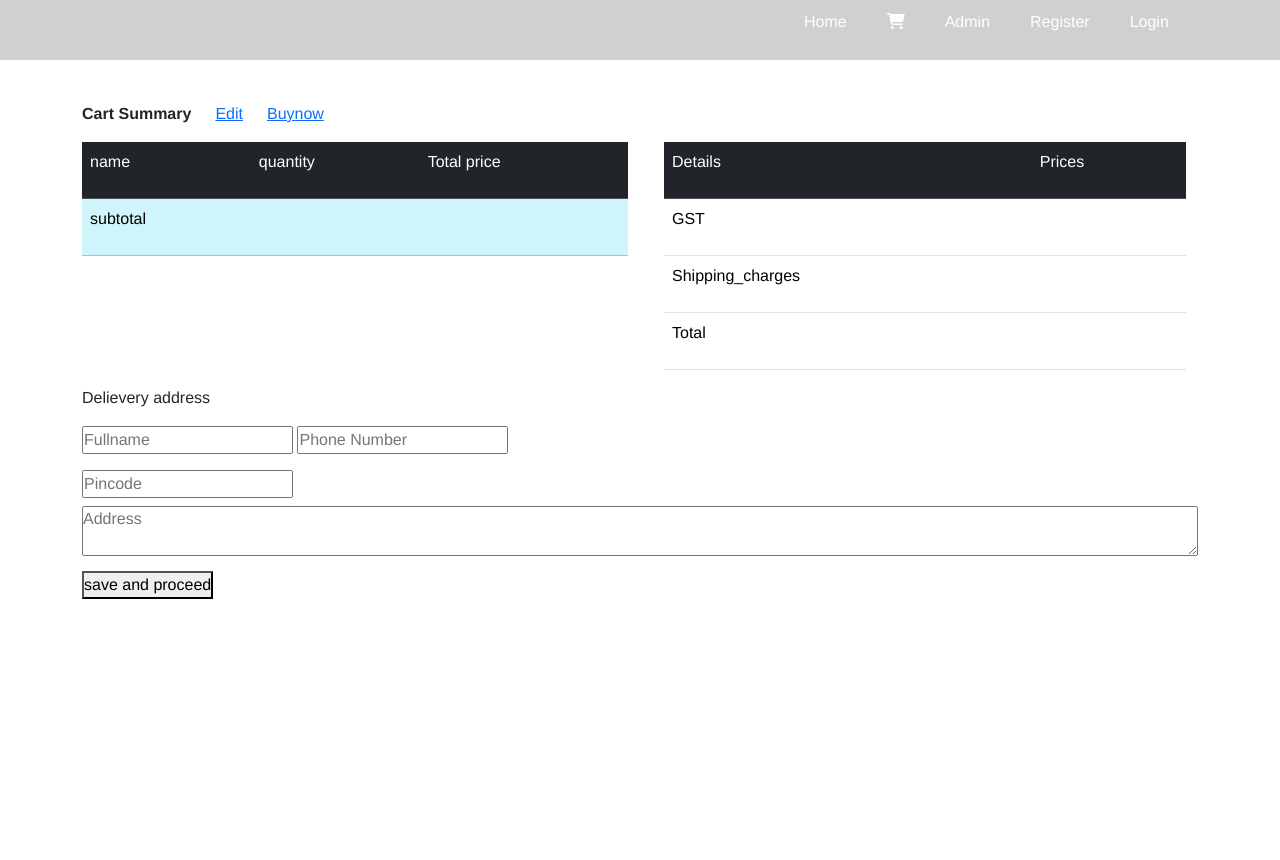
Repository: nagarjunau-dev/Brand
Page: project/login/templates/checkout.html
The author's editor kept a copy of each file at every save. The page is drawn from the files as they stood at one save, then again after a run of saves.
The browser window is 1280 px wide. The pictures show the whole page.
The template is drawn by Django 5.2. The application's start-up code is not run. Other server files are loaded and not shown. The template is opened directly, without the code that normally fills it, so the values that code supplies are empty.

Above is the page before, as saved 2025-06-17 17:10:10.
Console error: TypeError: Cannot set properties of null (setting 'onclick')

### project/login/templates/checkout.html
{% extends "main.html" %}
{% load static %}
{% block content %}
<div class="container" style="height:100vh;margin:70px 0;">
    <div class="row mt-4">
        <div class="col mt-2">
            <div class="d-flex ">
            <p><b>Cart Summary</b></p>
            <a class='px-4'href="{% url "cart" %}">Edit</a>
            <a href="{% url "buynow" %}">Buynow</a>
            </div>
            <table class="table">
                <tr class="table-dark">
                    <td><p>name</p></td>
                    <td><p>quantity</p></td>
                    <td><p>Total price</p></td>
                </tr>
            {% for product in cart_products  %}
                <tr>
                    <td><p>{{product.name}}</p></td>
                    <td><p>{{product.quantity}}</p></td>
                    <td><p>{{product.total_price}}</p></td>
                </tr>
            {% endfor %}
            <tfoot class="table-info">
                <td><p>subtotal</p></td>
                <td><p>{{total_quantity}}</p></td>
                <td><p>{{product_total}}</p></td>
            </tfoot>
            </table>
        </div>
        <div class="col">
            <div class="container-fluid mt-5">
                <table class="table table-responsive ">
                    <tr class="table-dark">
                        <td><p>Details</p></td>
                        <td><p>Prices</p></td>
                    </tr>
                    {% for i in cart_products  %}
                        <tr>
                            <td><p>{{i.gst}}</p></td>
                            <td><p>{{i.total}}</p></td>
                        </tr>
                    {% endfor %}
                        <tr>
                            <td><p>GST</p></td>
                            <td><p>{{gst_amt|floatformat:2}}</p></td>
                        </tr>
                        <tr>
                            <td><p>Shipping_charges</p></td>
                            <td><p>{{shipping_charges}}</p></td>
                        </tr>
                        <tr>
                            <td><p>Total</p></td>
                            <td><p>{{total_price|floatformat:2}}</p></td>
                        </tr>
                </table>
            </div>
        </div>
    </div>
    <div class="col">
            <p>Delievery address</p>
            <form method="POST" class='form'>
                <div class="mb-2" style="width:100%">
                    <input  class="mb-2" type="text" placeholder="Fullname" name="fullname">
                    <input type="tel" pattern="[6-9] {1} [0-9] {9}"placeholder="Phone Number" name="number">
                </div>
                <div class="mb-2">
                    <input  type="pin" placeholder="Pincode" name="pincode">
                </div>
                <div class="mb-2" style="width:100%">
                    <textarea style="width:100%" name="address" placeholder="Address"></textarea>
                </div>
                <div>
                    <button type="submit">save and proceed</button>
                </div>
            </form>
    </div>
</div>
{% endblock content %}

### project/templates/main.html
{% load static %}

<!DOCTYPE html>
<html lang="en">
<head>
    <meta charset="UTF-8">
    <meta name="viewport" content="width=device-width, initial-scale=1.0">
    <title>Login</title>
    {% comment %} <link rel="stylesheet" href="{% static "css/style.css" %}">
    <link rel="stylesheet" href="{% static "css/reg.css" %}">  {% endcomment %}
    <link rel="stylesheet" href="{% static "css/nav.css" %}">
    <link rel="stylesheet" href="https://cdnjs.cloudflare.com/ajax/libs/font-awesome/6.7.2/css/all.min.css" integrity="sha512-Evv84Mr4kqVGRNSgIGL/F/aIDqQb7xQ2vcrdIwxfjThSH8CSR7PBEakCr51Ck+w+/U6swU2Im1vVX0SVk9ABhg==" crossorigin="anonymous" referrerpolicy="no-referrer" />
    <link href="https://cdn.jsdelivr.net/npm/bootstrap@5.3.6/dist/css/bootstrap.min.css" rel="stylesheet" integrity="sha384-4Q6Gf2aSP4eDXB8Miphtr37CMZZQ5oXLH2yaXMJ2w8e2ZtHTl7GptT4jmndRuHDT" crossorigin="anonymous">
    {% block extra_css %}{% endblock extra_css %}
    {% block title %}
    <title>Shopping mart 24/7 -home</title>
    {% endblock title %}
</head>
<body>
    {% include "navbar.html" %}
    {% block content %}

    {% endblock content %}
    <script src="https://cdn.jsdelivr.net/npm/bootstrap@5.3.6/dist/js/bootstrap.min.js"></script>
    <script src="{% static "js/script.js" %}"></script>

</body>
</html>

### project/templates/navbar.html
{% load static %}

<nav>
    <div class="container">
        <ul class="nav-links">
            <li><a href="{% url "home" %}">Home</a></li>
            <li><a href="{% url "cart" %}"><i class="fa-solid fa-cart-shopping"></i><sup>{{count}}</sup></a></li>
            <li><a href="{% url "admin" %}">Admin</a></li>
            {% if request.user.is_authenticated %}
                <li><a id="logout" href="{% url "logout" %}">logout</a></li>
                <li><a id="logout" href="{% url "profile" %}"><i class="fa-solid fa-user" style='class:black'></i></a></li>

            {% else %}
            <li><a  href="{% url "register" %}">Register</a></li>
            <li><a href="{% url "login" %}">Login</a></li>
            {% endif %}
        </ul>
    </div>
</nav>

### project/static/css/nav.css
*{
    margin: 0;
    padding: 0;
    box-sizing: border-box;
    font-family:'Franklin Gothic Medium', 'Arial Narrow', Arial, sans-serif;
}

body{
    display: flex;
    justify-content: center;
    align-items: center;
    min-height: 100vh;
    background:whitesmoke;
}
nav {
    display: flex;
    background-color: rgba(160,164,164,0.5);
    align-items: center;
    padding: 10px 20px 10px 0px;
    position: fixed;
    top: 0px;
    width: 100%;
}
.container {
    width: 10rem;
    margin-left: 30px;
}
.nav-links{
    display: flex;
    list-style-type: none;
    margin-left: 700px;
    gap: 40px;
}
.nav-links a{
    text-decoration: none;
    color: white;
}

### project/static/js/script.js
let logoutbtn = document.getElementById('logout')
logoutbtn.onclick = (e)=>{
    let bool = confirm('Are u sure?')
    if(!bool){
        e.preventDefault()
    }
}

let cartdelbtn = document.getElementsByClassName('dele-btn')
for (let i of cartdelbtn) {
    i.onclick = (e) =>{
        let bool = confirm('delete a product ?')
        if(!bool){
            e.preventDefault()
        }
    }

}

function showFields() {
    const selected = document.getElementById('paymentMethod').value;

    // Hide all sections first
    document.getElementById('creditFields').style.display = 'none';
    document.getElementById('paypalFields').style.display = 'none';
    document.getElementById('upiFields').style.display = 'none';

    // Show selected one
    if (selected === 'credit') {
        document.getElementById('creditFields').style.display = 'block';
    } else if (selected === 'paypal') {
        document.getElementById('paypalFields').style.display = 'block';
    } else if (selected === 'upi') {
        document.getElementById('upiFields').style.display = 'block';
    }
}

After the next 2 saves:
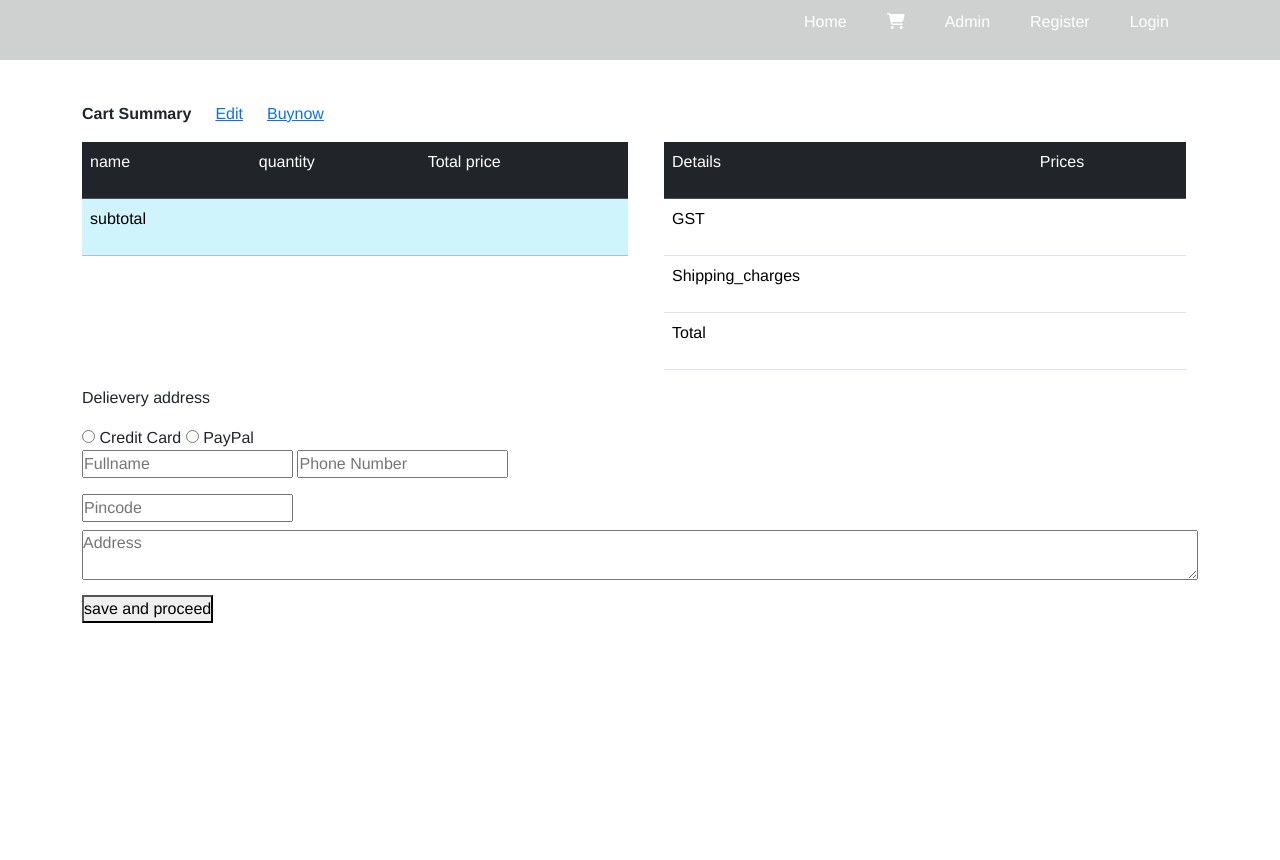
The 2 saves are shown as one change because they came seconds apart.
The last was saved 2 min 8 s later.
--- a/project/login/templates/checkout.html
+++ b/project/login/templates/checkout.html
@@ -61,6 +61,12 @@
     <div class="col">
             <p>Delievery address</p>
             <form method="POST" class='form'>
+                <label>
+    <input type="radio" name="payment" value="credit" onclick="showFields('credit')"> Credit Card
+  </label>
+  <label>
+    <input type="radio" name="payment" value="paypal" onclick="showFields('paypal')"> PayPal
+  </label>
                 <div class="mb-2" style="width:100%">
                     <input  class="mb-2" type="text" placeholder="Fullname" name="fullname">
                     <input type="tel" pattern="[6-9] {1} [0-9] {9}"placeholder="Phone Number" name="number">
